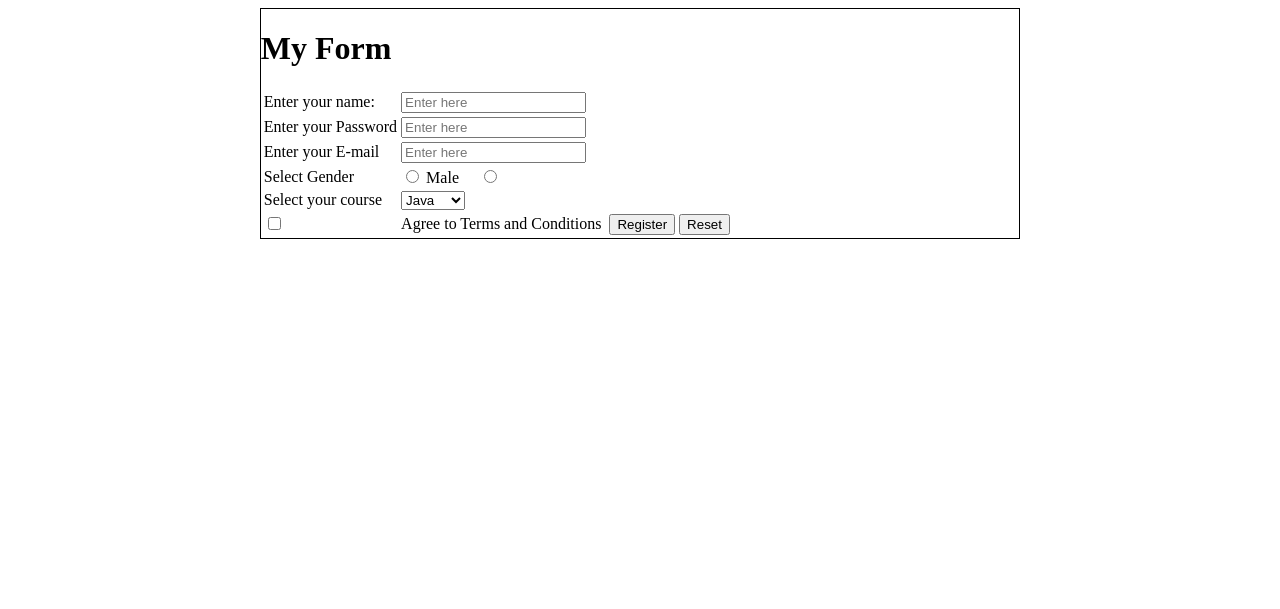
Repository: Amit7Akt/EJB
Page: FormSubmission/src/main/webapp/index.html
An editor plug-in stored every save of this project. The page is shown before and after the next save, followed by the edit.
The browser window is 1280 px wide. The pictures show the whole page.

Above is the page before, as saved 2022-11-22 06:42:53.

After the next save:
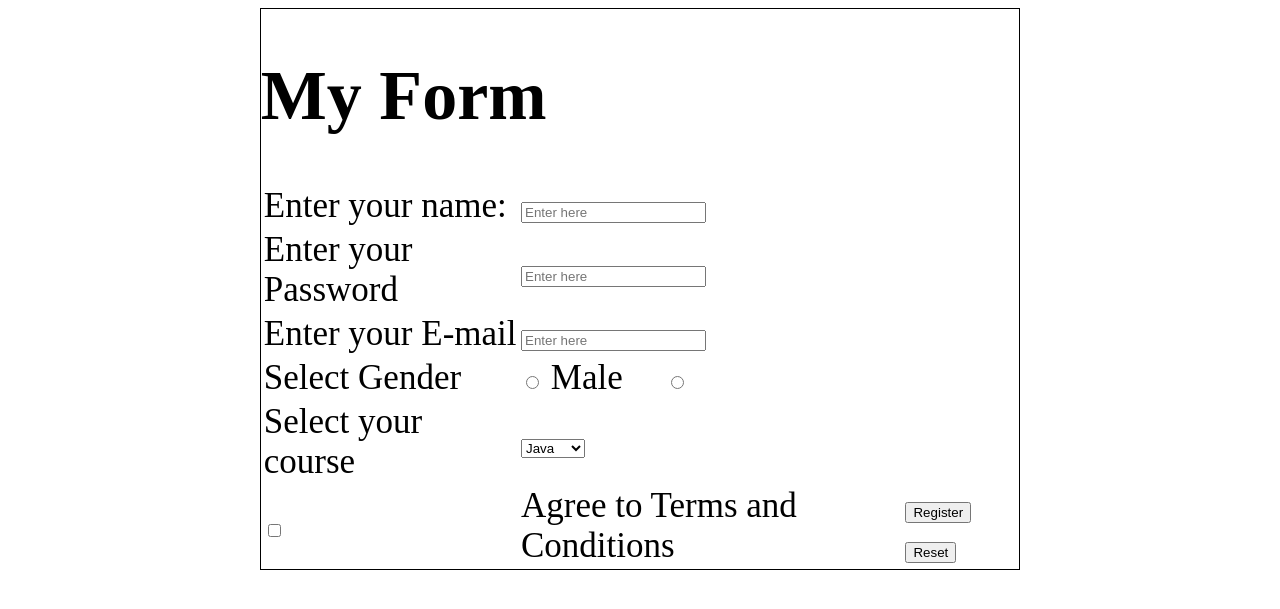
Saved 36 s later.
--- a/FormSubmission/src/main/webapp/index.html
+++ b/FormSubmission/src/main/webapp/index.html
@@ -8,6 +8,7 @@
 				width: 60%;
 				border : 1px solid black;
 				margin: auto;
+				font-size: 35px;
 				}
 
 
